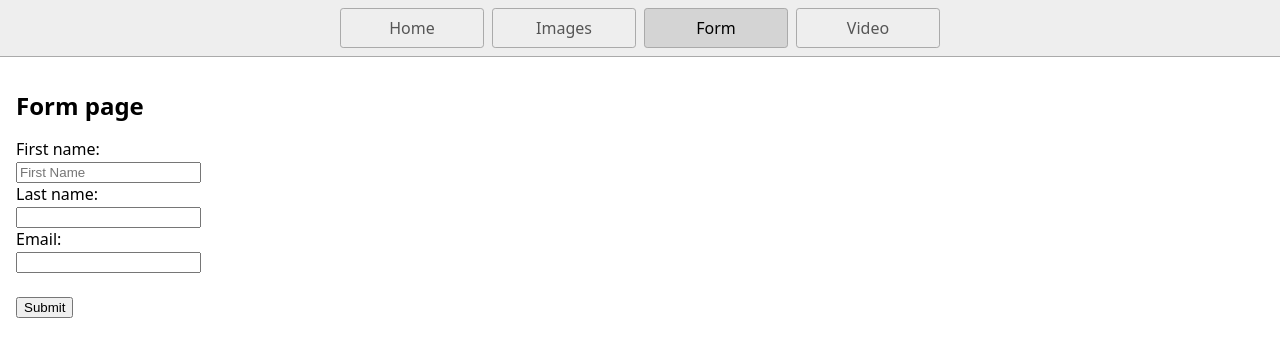
Repository: sebas6292/palmTree-Final
Page: Form.html
The author's editor kept a copy of each file at every save. The page is drawn from the files as they stood at one save, then again after the next save.
The browser window is 1280 px wide. The pictures show the whole page.

Above is the page before, as saved 2023-05-27 11:01:13.
Not found: script.js

### Form.html
<!DOCTYPE html>
<html lang="en">
  <head>
    <title>Home</title>
    <meta charset="UTF-8" />
    <meta name="viewport" content="width=device-width" />
    <!--
      Need a visual blank slate?
      Remove all code in `styles.css`!
    -->
    <link rel="stylesheet" href="styles.css" />
    <script type="module" src="script.js"></script>
  </head>
  <body>
    <nav>
      <a href="/Home.html">Home</a>
      <a href="/Images.html">Images</a>
      <a href="/Form.html" aria-current="page">Form</a>
      <a href="/Video.html">Video</a>
    </nav>
    <main>
      <h1>Form page</h1>
      <form action="/action_page.php">
        <label for="fname">First name:</label><br>
        <input type="text" id="fname" name="fname" placeholder="First Name"><br>
        <label for="lname">Last name:</label><br>
        <input type="text" id="lname" name="lname" ><br>
        <label for="email">Email:</label><br>
        <input type="text" id="email" name="email" ><br>
        <br>
        <input type="submit" value="Submit">
      </form>
    </main>
  </body>
</html>

### styles.css
* {
    box-sizing: border-box;
  }

  body {
    margin: 0;
    font-family: system-ui, sans-serif;
    color: black;
    background-color: white;
  }

  nav {
    display: flex;
    flex-wrap: wrap;
    align-items: center;
    justify-content: center;
    padding: 0.5rem;
    gap: 0.5rem;
    border-bottom: solid 1px #aaa;
    background-color: #eee;
  }

  nav a {
    display: inline-block;
    min-width: 9rem;
    padding: 0.5rem;
    border-radius: 0.2rem;
    border: solid 1px #aaa;
    text-align: center;
    text-decoration: none;
    color: #555;
  }

  nav a[aria-current='page'] {
    color: #000;
    background-color: #d4d4d4;
  }

  main {
    padding: 1rem;
  }

  h1 {
    font-weight: bold;
    font-size: 1.5rem;
  }

After the next save:
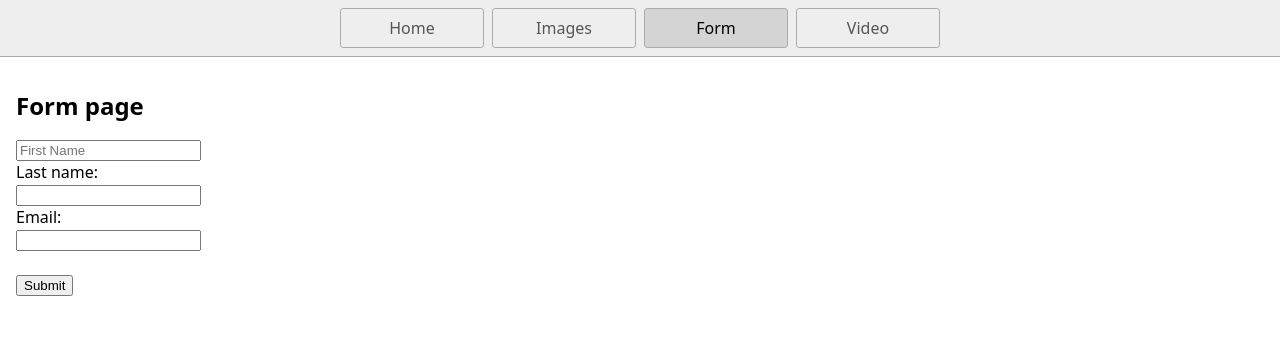
Saved 16 s later.
--- a/Form.html
+++ b/Form.html
@@ -21,7 +21,7 @@
     <main>
       <h1>Form page</h1>
       <form action="/action_page.php">
-        <label for="fname">First name:</label><br>
+
         <input type="text" id="fname" name="fname" placeholder="First Name"><br>
         <label for="lname">Last name:</label><br>
         <input type="text" id="lname" name="lname" ><br>
